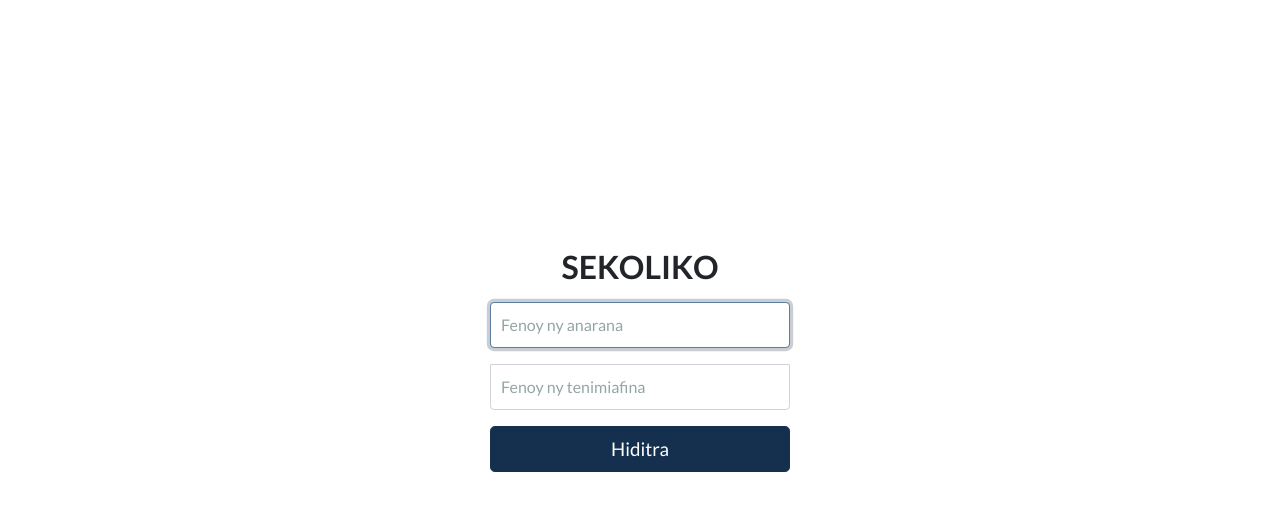
Repository: niainamahefa/j2ee-sekoliko
Page: http://localhost/Ecole/login
An editor plug-in stored every save of this project. The page is shown before and after the next save, followed by the edit.
The browser window is 1280 px wide. The pictures show the whole page.
The page is served by Tomcat 9. Other server files are loaded and not shown.

Above is the page before, as saved 2021-02-07 21:05:25.

### Ecole/WebContent/WEB-INF/login.jsp
<%@ page language="java" contentType="text/html; charset=ISO-8859-1"
    pageEncoding="ISO-8859-1"%>
<!doctype html>
<html lang="en">
  <head>
    <meta charset="utf-8">
    <meta name="viewport" content="width=device-width, initial-scale=1, shrink-to-fit=no">
    <meta name="description" content="">
    <meta name="author" content="Mark Otto, Jacob Thornton, and Bootstrap contributors">
    <meta name="generator" content="Jekyll v4.1.1">
    <title>Sekoly</title>

    <!-- Bootstrap core CSS -->
	<link href="./assets/css/bootstrap.min.css" rel="stylesheet">
	<link href="./assets/css/signin.css" rel="stylesheet">

    <style>
      .bd-placeholder-img {
        font-size: 1.125rem;
        text-anchor: middle;
        -webkit-user-select: none;
        -moz-user-select: none;
        -ms-user-select: none;
        user-select: none;
      }

      @media (min-width: 768px) {
        .bd-placeholder-img-lg {
          font-size: 3.5rem;
        }
      }
    </style>
    <!-- Custom styles for this template -->
    <link href="signin.css" rel="stylesheet">
  </head>
  <body class="text-center">
	    <form class="form-signin" method="post">
		  <h1 class="h3 mb-3 font-weight-bold">SEKOLIKO</h1>
		  <label for="inputEmail" class="sr-only">Anarana</label>
		  <input type="text" id="inputEmail" class="form-control" placeholder="Fenoy ny anarana"  name="anarana" required autofocus>
		  <label for="inputPassword" class="sr-only">Tenimiafina</label>
		  <input type="password" id="inputPassword" class="form-control mt-3" placeholder="Fenoy ny tenimiafina" name="tenimiafina" required>
		  <div class="checkbox mb-3">
		  </div>
		  <button class="btn btn-lg btn-primary btn-block" type="submit">Hiditra</button>
		</form>
	</body>
</html>

### Ecole/src/com/ecole/servlet/LoginServlet.java
package com.ecole.servlet;

import java.io.IOException;

import javax.servlet.ServletException;
import javax.servlet.http.HttpServlet;
import javax.servlet.http.HttpServletRequest;
import javax.servlet.http.HttpServletResponse;

import com.ecole.model.User;

public class LoginServlet extends HttpServlet{


	@Override
	protected void doGet(HttpServletRequest req, HttpServletResponse resp) throws ServletException, IOException {
		req.getRequestDispatcher("/WEB-INF/login.jsp").forward(req, resp);
	}

	@Override
	protected void doPost(HttpServletRequest req, HttpServletResponse resp) throws ServletException, IOException {
		System.out.println("Login Servlet - doPost méthode");

		String anarana = req.getParameter("anarana");
		String tenimiafina = req.getParameter("tenimiafina");

		System.out.println("Anarana : " + anarana + " Tenimifina : " + tenimiafina );

		if (anarana.equals("admin") && (tenimiafina.equals("sekoliko"))) {
			System.out.println("Tongasoa eto @ logiciel Sekoliko");

			req.getSession().setAttribute("user", new User (anarana,tenimiafina));
			resp.sendRedirect("eleve");
		}
		else {
			System.out.println("Hamarino azafady");
			resp.sendRedirect("login");
		}
	}




}

### Ecole/WebContent/assets/css/signin.css
html,
body {
  height: 100%;
}

body {
  display: -ms-flexbox;
  display: flex;
  -ms-flex-align: center;
  align-items: center;
  padding-top: 40px;
  padding-bottom: 40px;
}

.form-signin {
  width: 100%;
  max-width: 330px;
  padding: 15px;
  margin: auto;
}
.form-signin .checkbox {
  font-weight: 400;
}
.form-signin .form-control {
  position: relative;
  box-sizing: border-box;
  height: auto;
  padding: 10px;
  font-size: 16px;
}
.form-signin .form-control:focus {
  z-index: 2;
}
.form-signin input[type="email"] {
  margin-bottom: -1px;
  border-bottom-right-radius: 0;
  border-bottom-left-radius: 0;
}
.form-signin input[type="password"] {
  margin-bottom: 10px;
  border-top-left-radius: 0;
  border-top-right-radius: 0;
}

Loaded but not shown: Ecole/WebContent/assets/css/bootstrap.min.css (library)

After the next save:
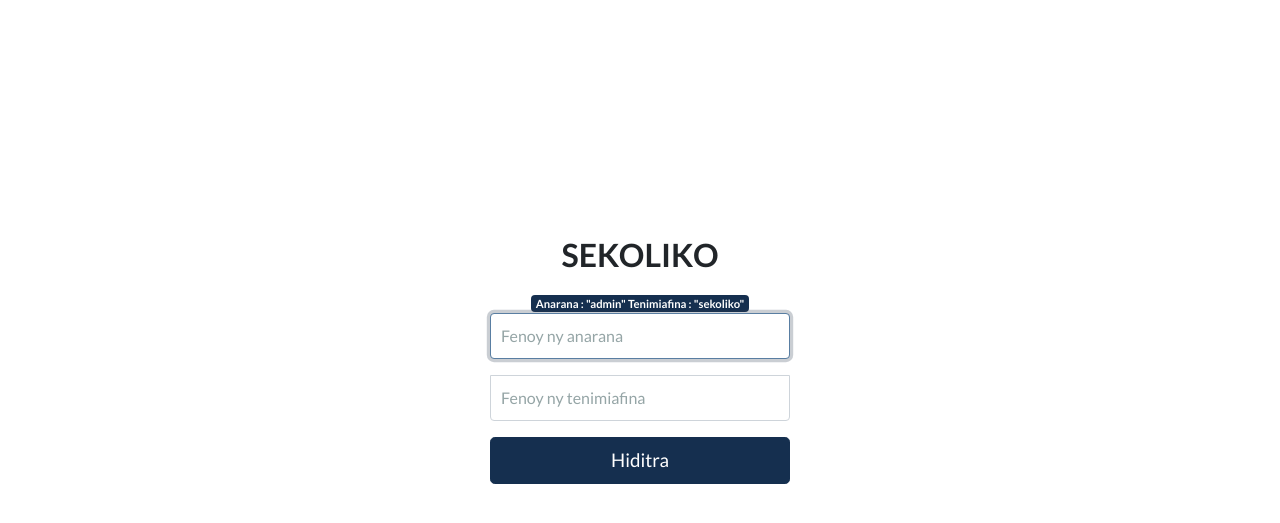
Saved 83 s later.
--- a/Ecole/WebContent/WEB-INF/login.jsp
+++ b/Ecole/WebContent/WEB-INF/login.jsp
@@ -36,6 +36,7 @@
   <body class="text-center">
 	    <form class="form-signin" method="post">
 		  <h1 class="h3 mb-3 font-weight-bold">SEKOLIKO</h1>
+		  <div class="badge badge-primary">Anarana : "admin" Tenimiafina : "sekoliko"</div>
 		  <label for="inputEmail" class="sr-only">Anarana</label>
 		  <input type="text" id="inputEmail" class="form-control" placeholder="Fenoy ny anarana"  name="anarana" required autofocus>
 		  <label for="inputPassword" class="sr-only">Tenimiafina</label>
